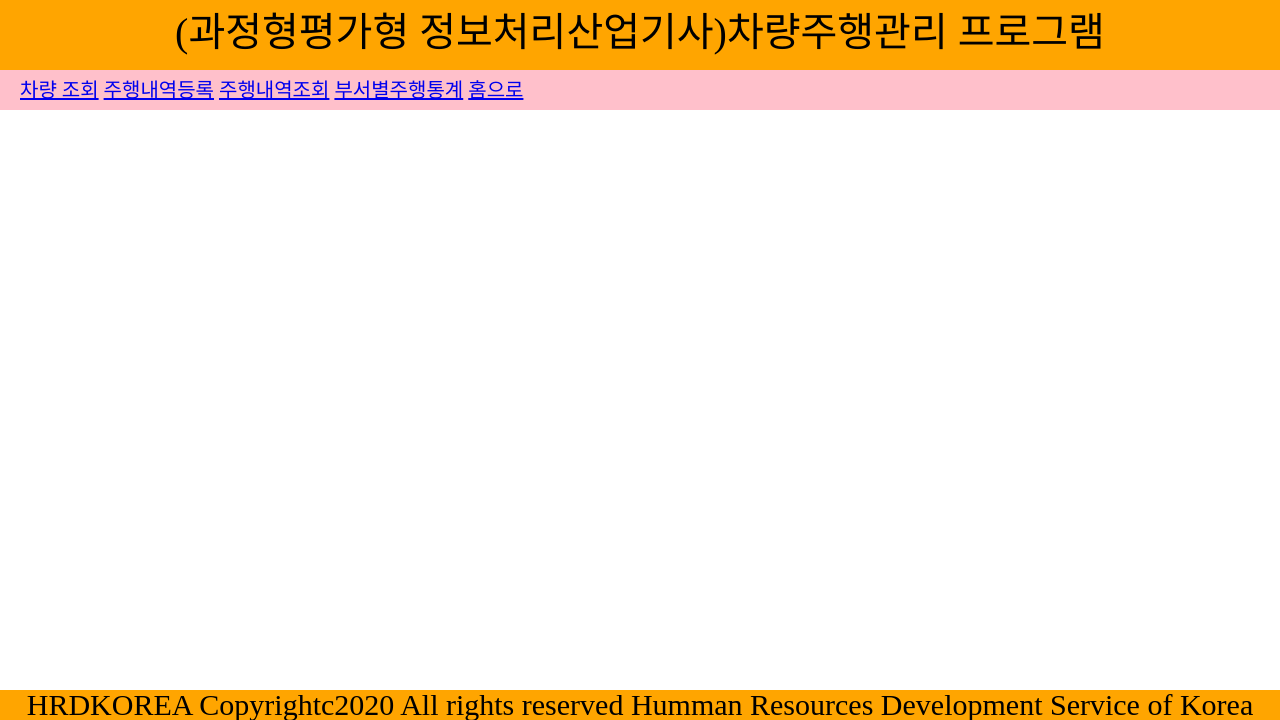
Repository: jeajune0221/information
Page: http://localhost/HRD_2411/drivestatus.jsp
An editor plug-in stored every save of this project. The page is shown before and after the next save, followed by the edit.
The browser window is 1280 px wide. The pictures show the whole page.
The page is served by Tomcat 9. Queries for data that is not in the repository find no rows.

Above is the page before, as saved 2026-04-13 08:24:30.

### HRD_2411/src/main/webapp/drivestatus.jsp
<%@ page language="java" contentType="text/html; charset=UTF-8"
    pageEncoding="UTF-8"%>
    <%@include file = "db_connect.jsp" %>
    <%@ page import="java.sql.*" %>
<!DOCTYPE html>
<html>
<head>
<meta charset="UTF-8">
<title>Insert title here</title>
<link href="style.css" rel = "stylesheet"/>
</head>
<body>
<jsp:include page="header.jsp"></jsp:include>
<form style =" display : flex; text-align: center; justify-content : center; align-items :center ;">
	<table border = "1">
		<tr>
			<td>부서코드</td>
			<td>부서명</td>
			<td>총운행거리</td>
			<td>총주유금액</td>
		</tr>
		<%
		request.setCharacterEncoding("UTF-8");
		try{
			String query = "select E.DEPT_CODE,E.DEPT_NAME,sum(R.DRV_END-R.DRV_START),sum(R.DRV_MONEY) from TBL_DEPT E JOIN TBL_DRIVE R on E.DEPT_CODE = R.DEPT_CODE group by E.DEPT_CODE,E.DEPT_NAME;;";
			PreparedStatement pstmt = con.prepareStatement(query);
			ResultSet rs = pstmt.executeQuery(query);


			while(rs.next()){
				%>
				<tr>
					<td>
					<%= rs.getString(1)%>
					</td>
					<td><%= rs.getString(2)%></td>
					<td><%= rs.getInt(3)%></td>
					<td>\<%=rs.getInt(4) %></td>

				</tr>
				<%
			}

		}catch(Exception e){

		}


		%>


	</table>
</form>
<jsp:include page="footer.jsp"></jsp:include>

</body>
</html>

### HRD_2411/src/main/webapp/db_connect.jsp
<%@ page language="java" contentType="text/html; charset=UTF-8"
    pageEncoding="UTF-8"%>
<%@ page import = "java.sql.*" %>
<%
Class.forName("oracle.jdbc.OracleDriver");
Connection con = DriverManager.getConnection("jdbc:oracle:thin:@//localhost:1521/xe","system","1234");
%>

### HRD_2411/src/main/webapp/header.jsp
<%@ page language="java" contentType="text/html; charset=UTF-8"
    pageEncoding="UTF-8"%>
<!DOCTYPE html>
<html>
<head>
<meta charset="UTF-8">
<title>Insert title here</title>
<link href = "style.css" rel = "stylesheet">

</head>
<body>
<header>(과정형평가형 정보처리산업기사)차량주행관리 프로그램</header>
<nav>
<a href="list.jsp">차량 조회</a>
<a href="join.jsp">주행내역등록</a>
<a href="drivelist.jsp">주행내역조회</a>
<a href="drivestatus.jsp">부서별주행통계</a>
<a href="index.jsp">홈으로</a>



</nav>
</body>
</html>

### HRD_2411/src/main/webapp/footer.jsp
<%@ page language="java" contentType="text/html; charset=UTF-8"
    pageEncoding="UTF-8"%>
<!DOCTYPE html>
<html>
<head>
<meta charset="UTF-8">
<title>Insert title here</title>
<link href = "style.css" rel = "stylesheet">

</head>
<body>
<footer>HRDKOREA Copyrightc2020 All rights reserved Humman Resources Development Service of Korea</footer>
</body>
</html>

### HRD_2411/src/main/webapp/style.css
@charset "UTF-8";

header{
	position :fixed;
	top:0px;
	left : 0px;
	width : 100%;
	height : 70px;
	background : orange;
	text-align:center;
	font-size : 40px;
}
nav{
	position : fixed;
	top : 70px;
	left : 0px;
	width : 100%;
	height : 40px;
	background : pink;
	line-height : 40px;
	padding-left : 20px;
	font-size : 20px;
}
section{
	display : fixed;
	position : fixed;
	top : 50px;
	left : 0px;
	width : 100%;
	height : 100%;
	background : lightgray;
	text-align : center;
	justify-content: center;
	align-items: center;
	text-align: left;
	background : red;
}

footer{
	position : fixed;
	bottom : 0px;
	left : 0px;
	width : 100%;
	height : 30px;
	background : orange;
	line-height : 30px;
	text-align : center;
	font-size : 30px;

}

After the next save:
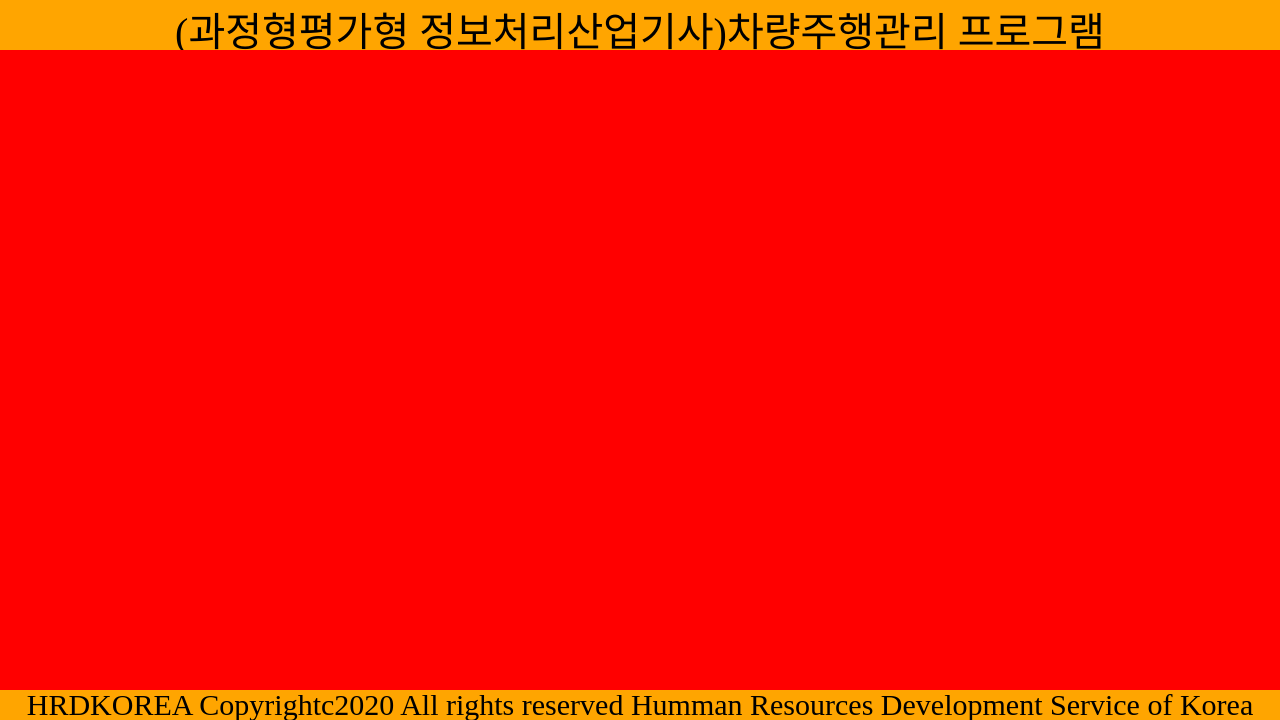
Saved 50 s later.
--- a/HRD_2411/src/main/webapp/drivestatus.jsp
+++ b/HRD_2411/src/main/webapp/drivestatus.jsp
@@ -11,6 +11,7 @@
 </head>
 <body>
 <jsp:include page="header.jsp"></jsp:include>
+<section></section>
 <form style =" display : flex; text-align: center; justify-content : center; align-items :center ;">
 	<table border = "1">
 		<tr>
@@ -51,6 +52,7 @@
 
 	</table>
 </form>
+</section>
 <jsp:include page="footer.jsp"></jsp:include>
 
 </body>
